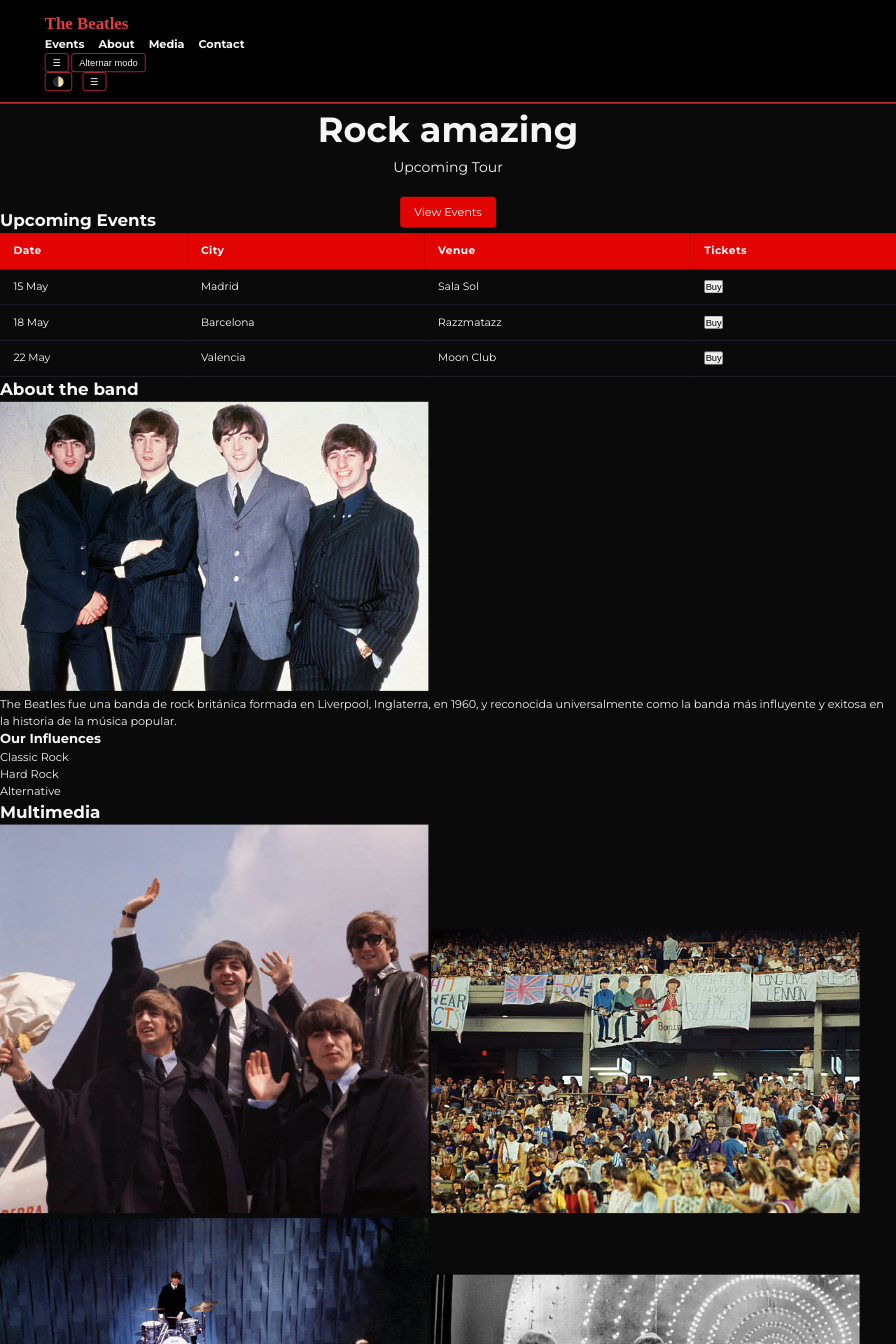
Repository: keiner-dev/Prueba_Desempe-o
Page: index.html
An editor plug-in stored every save of this project. The page is shown before and after a run of saves, followed by the edit.
The browser window is 1280 px wide. The pictures show the part of the page from y = 0 to 1920 px (the page is 2747 px tall), at 70% of full size.
The pointer rests on the first visible `.events__table tbody tr`.
Some web fonts or font styles are not loaded; a fallback is used.

Above is the page before, as saved 2026-04-27 14:46:08.

### index.html
<!DOCTYPE html>
<html lang="en">
<head>
    <meta charset="UTF-8">
    <meta name="viewport" content="width=device-width, initial-scale=1.0">
    <title>The Beatles</title>
    <link href="https://fonts.googleapis.com/css2?family=Montserrat:wght@400;700;900&family=Rock+Salt&display=swap" rel="stylesheet">
    <link rel="stylesheet" href="styles.css">
    <script src="script.js"></script>
</head>
<body>
    <header class="header">
        <div class="container_header__inner">
            <div class="logo">
                <span class="logo">The Beatles</span>
        </div>
            </div>

            <nav class="nav">
            <nav class="nav" id="main-nav">
                <ul class="nav_list">
                    <li><a href="#events">Events</a></li>
                    <li><a href="#about">About</a></li>
                    <li><a href="#media">Media</a></li>
                    <li><a href="#contact">Contact</a></li>
                </ul>
            </nav>

            <button class="menu-toggle">☰</button>
            <button class="alternarModo">Alternar modo</button>
            <div class="header_actions">
                <button class="alternarModo" aria-label="Toggle Theme">🌓</button>
                <button class="menu-toggle" id="mobile-menu-btn">☰</button>
            </div>
        </div>
    </header>

    <main>
        <!--hero-->
        <section class="hero">
            <div class="hero_overlay">
                <h2>Rock amazing</h2>
                <p>Upcoming Tour</p>
                <a href="#events" class="btn">View Events</a>
            </div>
        </section>

        <section id="events" class="events_container">
            <h2>Upcoming Events</h2>

            <table class="events__table">
                <thead>
                    <tr>
                        <th>Date</th>
                        <th>City</th>
                        <th>Venue</th>
                        <th>Tickets</th>
                    </tr>
                </thead>
                <tbody>
                    <tr>
                        <td>15 May</td>
                        <td>Madrid</td>
                        <td>Sala Sol</td>
                        <td><button>Buy</button></td>
                    </tr>
                    <tr>
                        <td>18 May</td>
                        <td>Barcelona</td>
                        <td>Razzmatazz</td>
                        <td><button>Buy</button></td>
                    </tr>
                    <tr>
                        <td>22 May</td>
                        <td>Valencia</td>
                        <td>Moon Club</td>
                        <td><button>Buy</button></td>
                    </tr>
                </tbody>
            </table>
        </section>

        <!--About-->
        <section id="about" class="about_container">
        <section id="about" class="about_container reveal">
            <h2>About the band</h2>

            <div class="about_content">
                <img src="./assets/img/beatles.jpg" alt="the beatles">

                <article>
                    <p>
                        The Beatles fue una banda de rock británica formada en Liverpool, Inglaterra, en 1960, y reconocida universalmente como la banda más influyente y exitosa en la historia de la música popular.
                    </p>

                    <h3>Our Influences</h3>
                    <ul>
                        <li>Classic Rock</li>
                        <li>Hard Rock</li>
                        <li>Alternative</li>
                    </ul>
                </article>
            </div>
        </section>

        <!--Media-->
        <section id="media" class="media_container">
        <section id="media" class="media_container reveal">
            <h2>Multimedia</h2>

            <div class="media_grid">
                <img src="./assets/img/img-1.jpg" alt="">
                <img src="./assets/img/img-2.jpg" alt="">
                <img src="./assets/img/img-3.jpg" alt="">
                <img src="./assets/img/img-4.jpg" alt="">
                <img src="./assets/img/img-5.jpg" alt="">
                <img src="./assets/img/img-6.jpg" alt="">
            </div>
        </section>
    </main>

    <!--Footer-->
    <footer id="contact" class="footer">
        <div class="container_footer">
            <p>© <span id="year"></span> The Beatles</p>

            <ul class="social">
                <li><a href="#">Instagram</a></li>
                <li><a href="#">Youtube</a></li>
                <li><a href="#">Spotify</a></li>
            </ul>
        </div>
    </footer>
    <script src="script.js"></script>
</body>
</html>

### styles.css
/* General Variables */
:root {
    --primary-color: #e63946;
    --bg-dark: #0a0a0a;
    --bg-light: #1a1a1a;
    --text-light: #f5f5f5;
    --accent-color: #e20303;
}

* {
    margin: 0;
    padding: 0;
    box-sizing: border-box;
}

body {
    font-family: 'Montserrat', sans-serif;
    background-color: var(--bg-dark);
    color: var(--text-light);
    line-height: 1.5;
    overflow-x: hidden;
    transition: var(--transition);
}

/* Header & Nav */
.header {
    background-color: #000;
    padding: 1rem 5%;
    position: sticky;
    top: 0;
    z-index: 1000;
    border-bottom: 2px solid var(--primary-color);
}

.container_header__inner {
    display: flex;
    justify-content: space-between;
    align-items: center;
}

.logo {
    font-family: 'Rock Salt', cursive;
    font-size: 1.5rem;
    font-weight: bold;
    color: var(--primary-color);
}

.header_actions {
    display: flex;
    gap: 15px;
    align-items: center;
}

.alternarModo, .menu-toggle {
    background: none;
    border: 1px solid var(--primary-color);
    color: var(--text-light);
    padding: 5px 10px;
    cursor: pointer;
    border-radius: 4px;
}

.nav_list {
    display: flex;
    list-style: none;
    gap: 20px;
}

.nav_list a {
    text-decoration: none;
    color: var(--text-light);
    font-weight: 600;
    transition: var(--transition);
}

.nav_list a:hover {
    color: var(--accent-color);
}

.hero_overlay h2{
    font-size: 50px;
    font-weight: 30px;
    text-align: center;
}

.hero_overlay p {
    font-size: 20px;
    text-align: center;
}

.hero_overlay a {
    text-align: center;
    background-color: #e20303;
    color: #fff;
    padding: 10px 20px;
    border-radius: 5px;
    text-decoration: none;
    display: inline-block;
    transition: var(--transition);
}

section .btn {
    position: relative;
    top: 50px;
    left: 50%;
    transform: translate(-50%, -50%);
    color: white;
    text-align: center;
}

.events__table {
    width: 100%;
    border-collapse: collapse;
    font-size: 0.95rem;
    min-width: 550px;

}

.events__table thead{
    background-color: #e20303;
    color: white;
    text-align: left;
}

.events__table th {
    padding: 0.9rem 1.2rem;
    text-align: left;
    font-weight: 700;
    letter-spacing: 0.04rem;
}

.events__table td {
    padding: 0.85rem 1.2rem;
    border-bottom: 1px solid #2e2545;
    color: white;
    transition: 0.3s ease;
}

.events__table tbody tr:hover td {
    color: ;
}

### script.js
document.addEventListener('DOMContentLoaded', () => {
    // 1. Dynamic Year
    const yearSpan = document.getElementById('year');
    if (yearSpan) yearSpan.textContent = new Date().getFullYear();

    // 2. Mobile Menu Toggle
    const menuBtn = document.getElementById('mobile-menu-btn');
    const nav = document.getElementById('main-nav');

    menuBtn.addEventListener('click', () => {
        nav.classList.toggle('active');
        menuBtn.textContent = nav.classList.contains('active') ? '✕' : '☰';
    });

    // 3. Dark/Light Mode Toggle
    const modeBtn = document.querySelector('.alternarModo');
    modeBtn.addEventListener('click', () => {
        document.body.classList.toggle('light-mode');
    });

    // 4. Scroll Reveal Animation
    const reveals = document.querySelectorAll('.reveal');
    const revealOnScroll = () => {
        reveals.forEach(el => {
            const windowHeight = window.innerHeight;
            const elementTop = el.getBoundingClientRect().top;
            const elementVisible = 150;
            if (elementTop < windowHeight - elementVisible) {
                el.classList.add('active');
            }
        });
    };
    window.addEventListener('scroll', revealOnScroll);
    revealOnScroll(); // Initial check

    // 5. Buy buttons interaction
    const buyButtons = document.querySelectorAll('.events__table button');
    buyButtons.forEach(btn => btn.addEventListener('click', () => alert('Redirecting to ticket office...')));
});

After the next 3 saves:
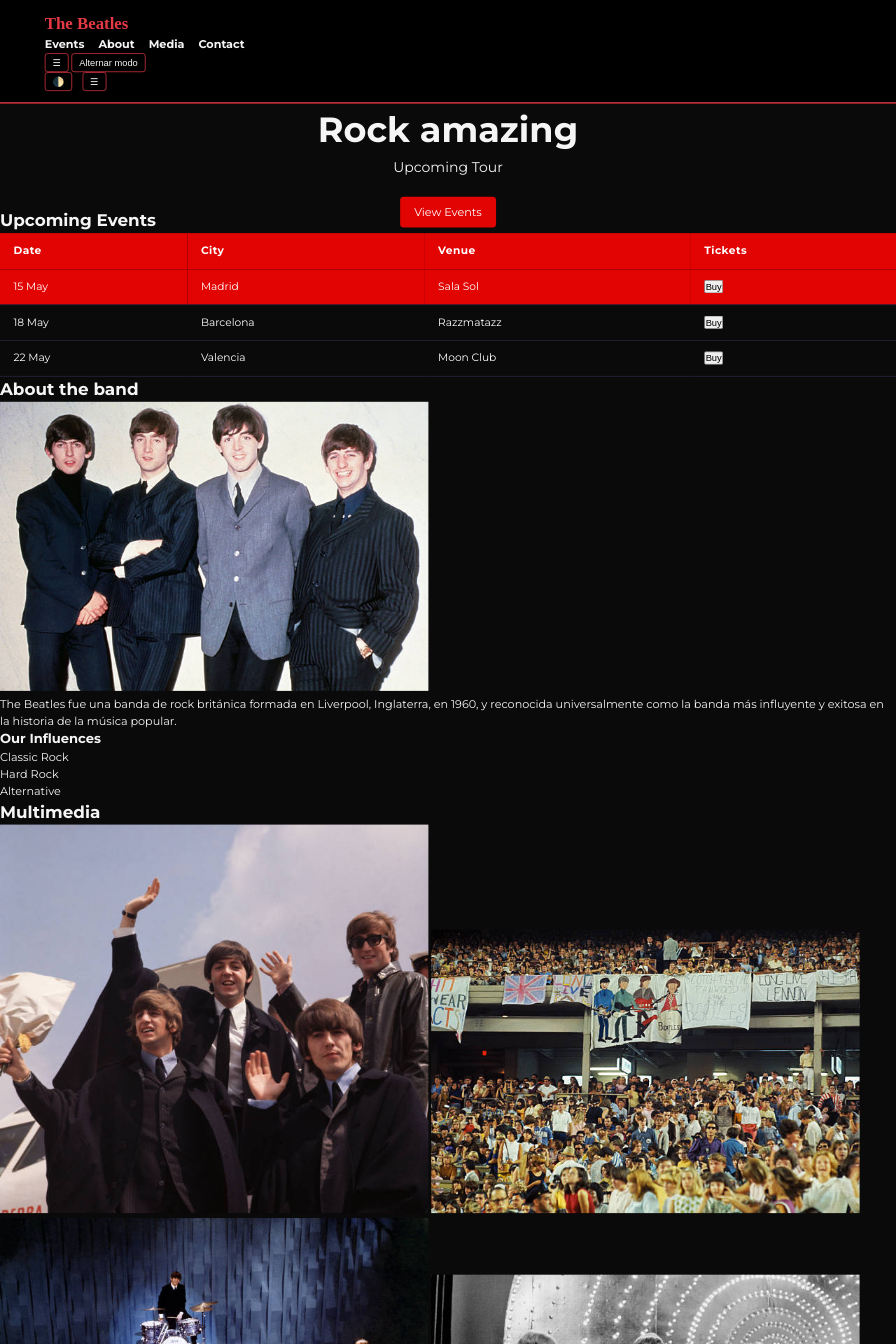
The 3 saves are shown as one change because they came seconds apart.
The last was saved 19 s later.
--- a/styles.css
+++ b/styles.css
@@ -137,5 +137,6 @@
 }
 
 .events__table tbody tr:hover td {
-    color: ;
+    color: white;
+    background-color: #e20303
 }
